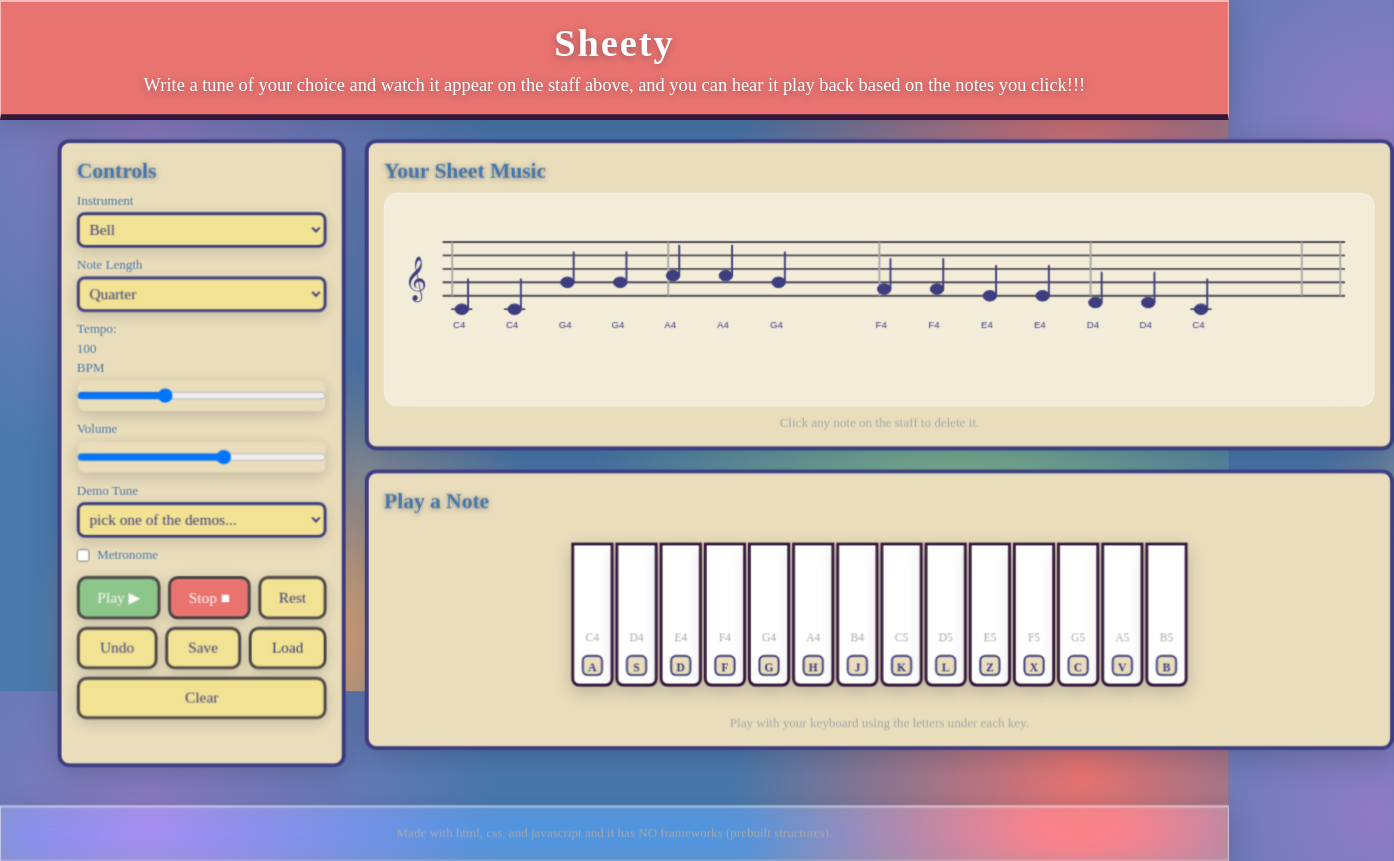
Repository: manayparikh1/sheety
Page: index.html
An editor plug-in stored every save of this project. The page is shown before and after the next save, followed by the edit.
The browser window is 1280 px wide. The page is 1452 px wide, then 1280 px, so the pictures cover 1452 px, including what lies to the right of the window. The pictures show the whole page, at 96% of full size.
An inner scrolling area shows only its first screen. Backgrounds fixed to the window are drawn as part of the page.

Above is the page before, as saved 2026-08-23 21:16:09.

After the next save:
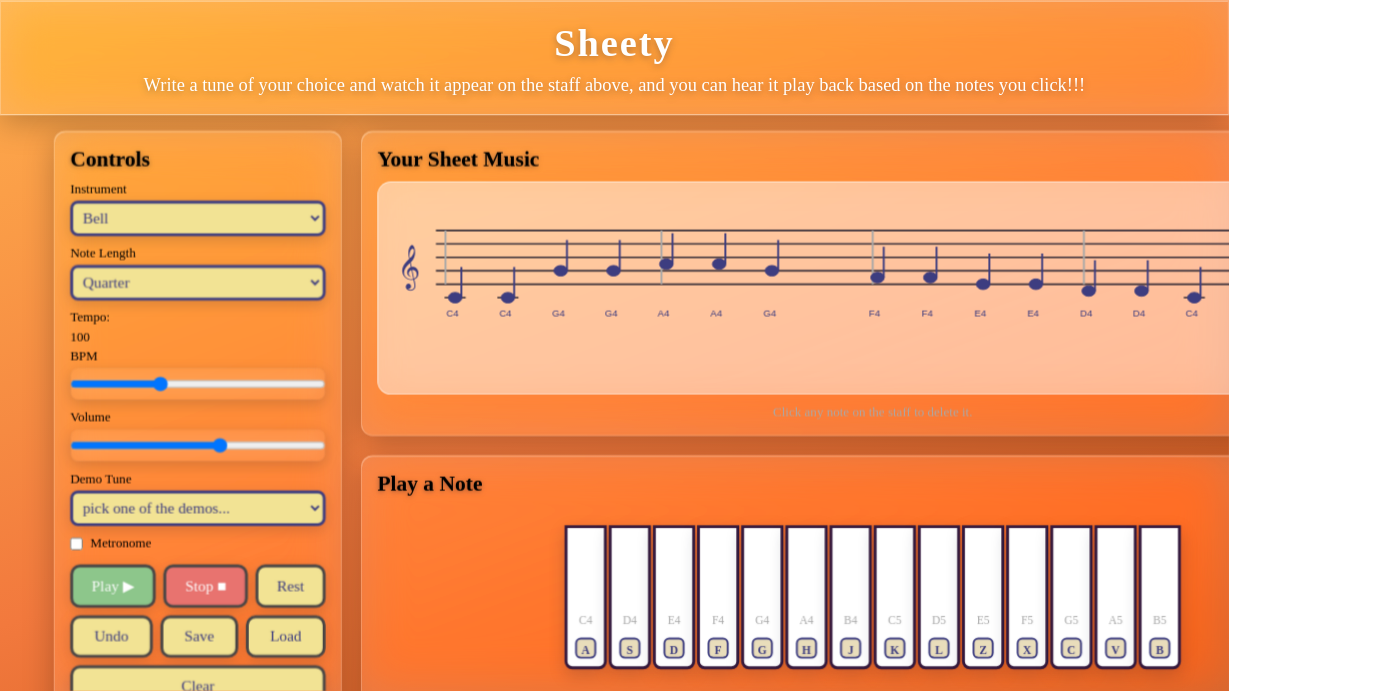
Saved 3 h 49 min later.
--- a/index.html
+++ b/index.html
@@ -33,15 +33,12 @@
 
         html,
         body {
-            background:
-                radial-gradient(38rem 38rem at 12% 18%, var(--purple), transparent 60%),
-                radial-gradient(38rem 38rem at 88% 12%, var(--red), transparent 60%),
-                radial-gradient(40rem 40rem at 78% 82%, var(--green), transparent 62%),
-                radial-gradient(30rem 30rem at 25% 92%, var(--orange), transparent 60%),
-                var(--blue);
+            background: linear-gradient(160deg, #ffb04d, #f2793d 55%, #c9541a);
             background-attachment: fixed;
             min-height: 100vh;
-            animation: drift 24s ease-in-out infinite alternate;
+            height: 100%;
+            overflow-x: hidden;
+            color: #ffffff;
         }
 
         @keyframes drift {
@@ -57,15 +54,15 @@
         section,
         header,
         footer {
-            background: var(--glass);
-            -webkit-backdrop-filter: blur(18px) saturate(180%);
-            backdrop-filter: blur(18px) saturate(180%);
-            border: 1px solid var(--edge);
-            box-shadow: var(--shade), inset 0 1px 0 rgba(255, 255, 255, .5);
+            background: rgba(255, 255, 255, .12);
+            -webkit-backdrop-filter: blur(24px) saturate(140%);
+            backdrop-filter: blur(24px) saturate(140%);
+            border: 1px solid rgba(255, 255, 255, .25);
+            box-shadow: 0 8px 32px rgba(0, 0, 0, .25), inset 0 1px 0 rgba(255, 255, 255, .3);
         }
 
         section {
-            border-radius: 18px;
+            border-radius: 20px;
         }
 
         header {
@@ -86,11 +83,9 @@
         }
 
         header {
-            background: var(--red);
             color: var(--paper);
             padding: 19.5px;
             text-align: center;
-            border-bottom: 6px solid var(--darkpurple);
         }
 
         header h1 {
@@ -104,21 +99,19 @@
         }
 
         main {
-            max-width: 1000px;
+            max-width: 900px;
             margin: 0 auto;
-            padding: 20px;
+            padding: 16px;
         }
 
         section {
-            background: var(--cream);
-            border: 4px solid var(--navy);
             border-radius: 12px;
             padding: 16px;
             margin-bottom: 20px;
         }
 
         section h2 {
-            color: var(--blue);
+            color: #000000;
             margin-bottom: 10px;
             font-size: 1.4rem;
         }
@@ -393,7 +386,7 @@
         footer {
             text-align: center;
             padding: 20px;
-            color: var(--grey);
+            color: var(--black-key);
             font-size: 0.85rem;
         }
 
@@ -437,7 +430,7 @@
             flex-direction: column;
             gap: 4px;
             font-size: 0.85rem;
-            color: var(--blue);
+            color: #000000;
         }
 
         .grid2 label.check {
